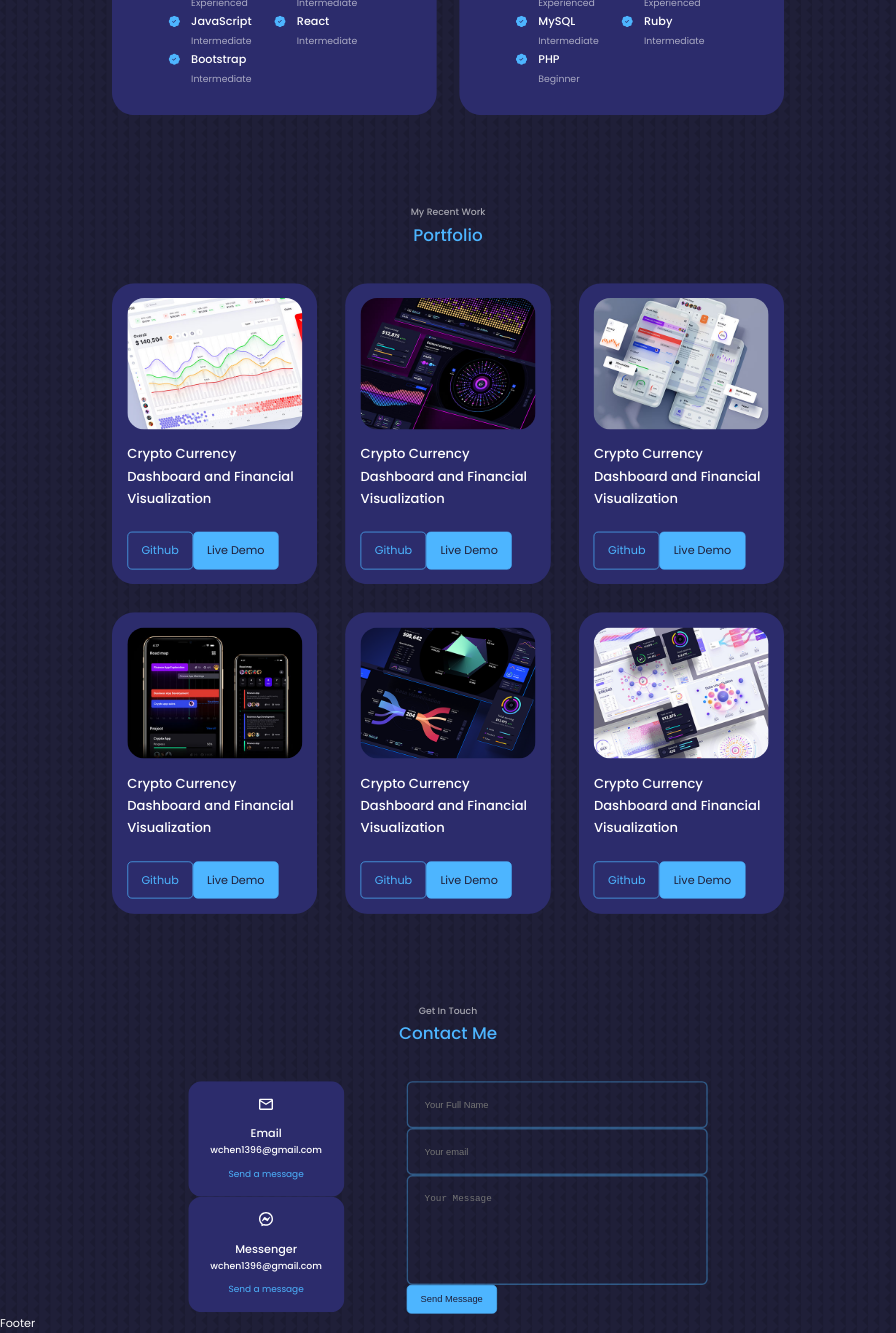
Repository: smallchungus/resumeWebsite
Page: / (app in hello/)
The author's editor kept a copy of each file at every save. The page is drawn from the files as they stood at one save, then again after the next save.
The browser window is 1280 px wide. The pictures show the part of the page from y = 2042 to 3962 px (the page is 3946 px tall before and 3962 px after), at 70% of full size.
The project was rebuilt for these pictures with package versions that can differ from the ones it lists, and the page was loaded fresh each time. Also part of the build but not shown: hello/src/components/services/Services.jsx, hello/src/components/testimonial/Testimonial.jsx, hello/src/components/footer/footer.css. Imported but missing from the stored project, and not drawn on this page: hello/src/assets/cv.pdf.

Above is the page before, as saved 2023-03-24 13:30:27.

After the next save:
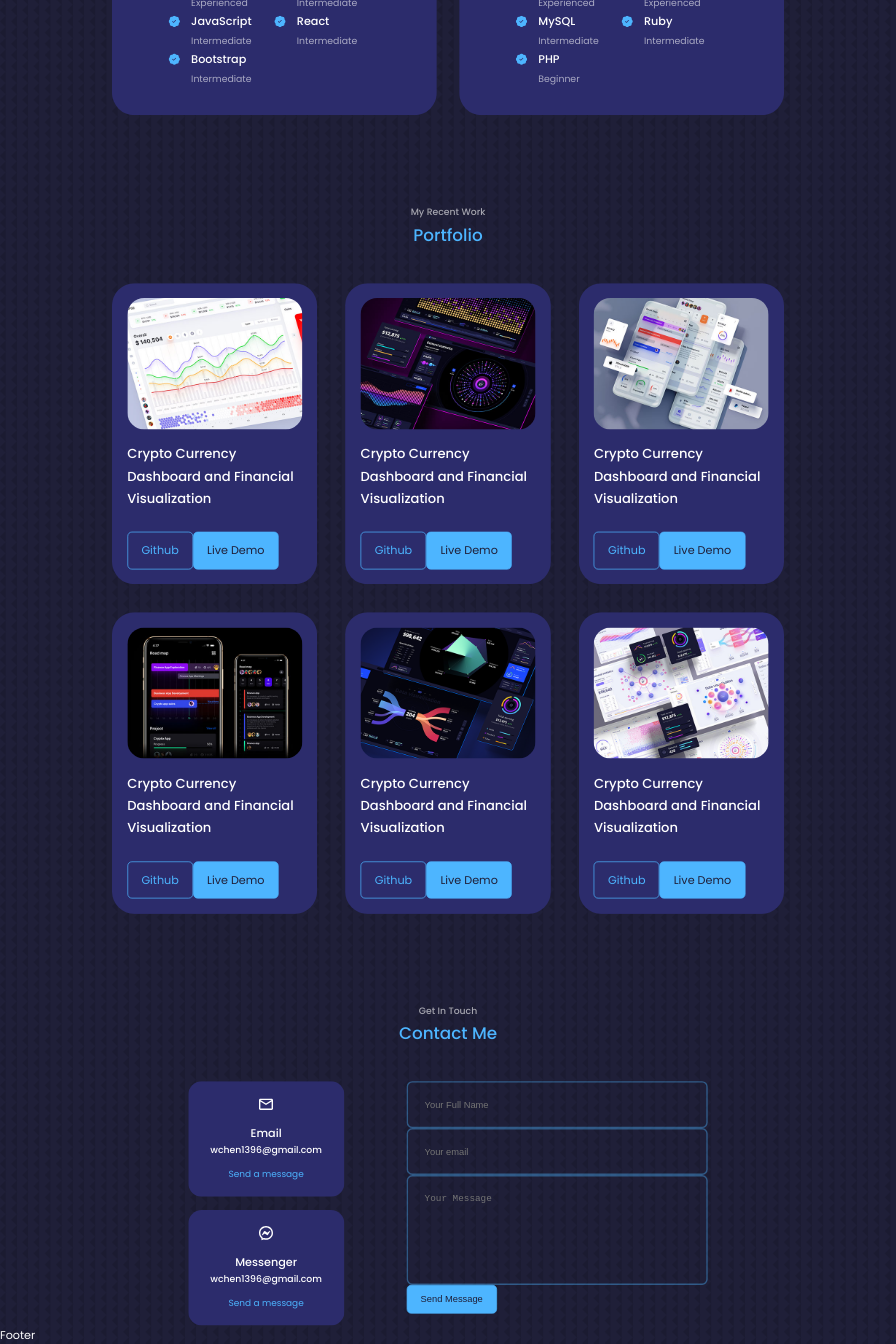
Saved 69 s later.
--- a/hello/src/components/contact/contact.css
+++ b/hello/src/components/contact/contact.css
@@ -8,7 +8,7 @@
 .contact_options {
     display: flex;
     flex-direction: column;
-    gap: 1.2 rem;
+    gap: 1.2rem;
 }
 
 .contact_option {
